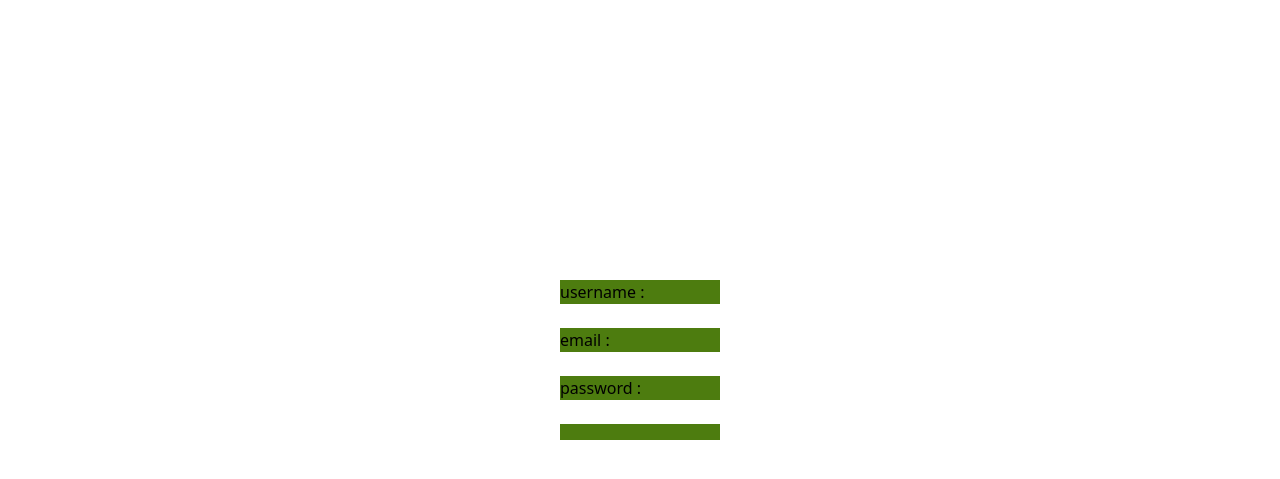
Repository: Emy-gold/alx-fe-reactjs
Page: / (app in form-handling-react/)
These files come from the project's save history. The page is drawn as it stood at one moment and after the next save; the edit follows.
The browser window is 1280 px wide. The pictures show the whole page.
The project was rebuilt for these pictures with package versions that can differ from the ones it lists, and the page was loaded fresh each time. Also part of the build but not shown: form-handling-react/vite.config.js.

Above is the page before, as saved 2025-08-22 21:21:40.

After the next save:
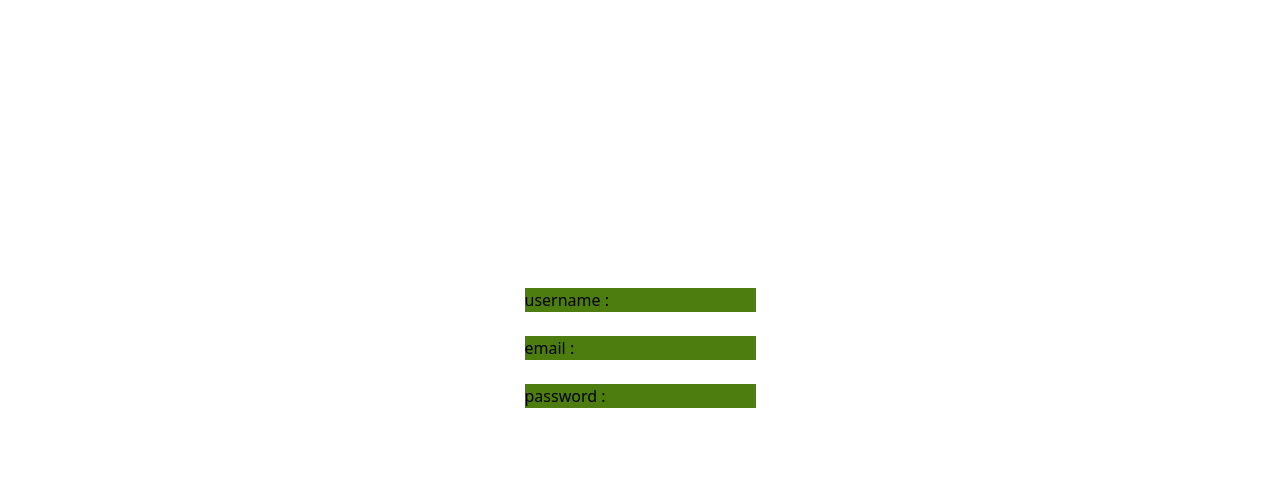
Saved 12 s later.
--- a/form-handling-react/src/components/RegistrationForm.jsx
+++ b/form-handling-react/src/components/RegistrationForm.jsx
@@ -17,7 +17,7 @@ function RegistrationForm() {
 
     return (
         <div className='flex w-full mx-auto h-screen justify-center items-center'>
-            <form onSubmit={handleSubmit} className='flex flex-col bg-lime-700 w-40 h-40'>
+            <form onSubmit={handleSubmit} className='flex flex-col bg-lime-700 w-50 h-50'>
                 <label>username :</label>
                 <input
                     type="text"
